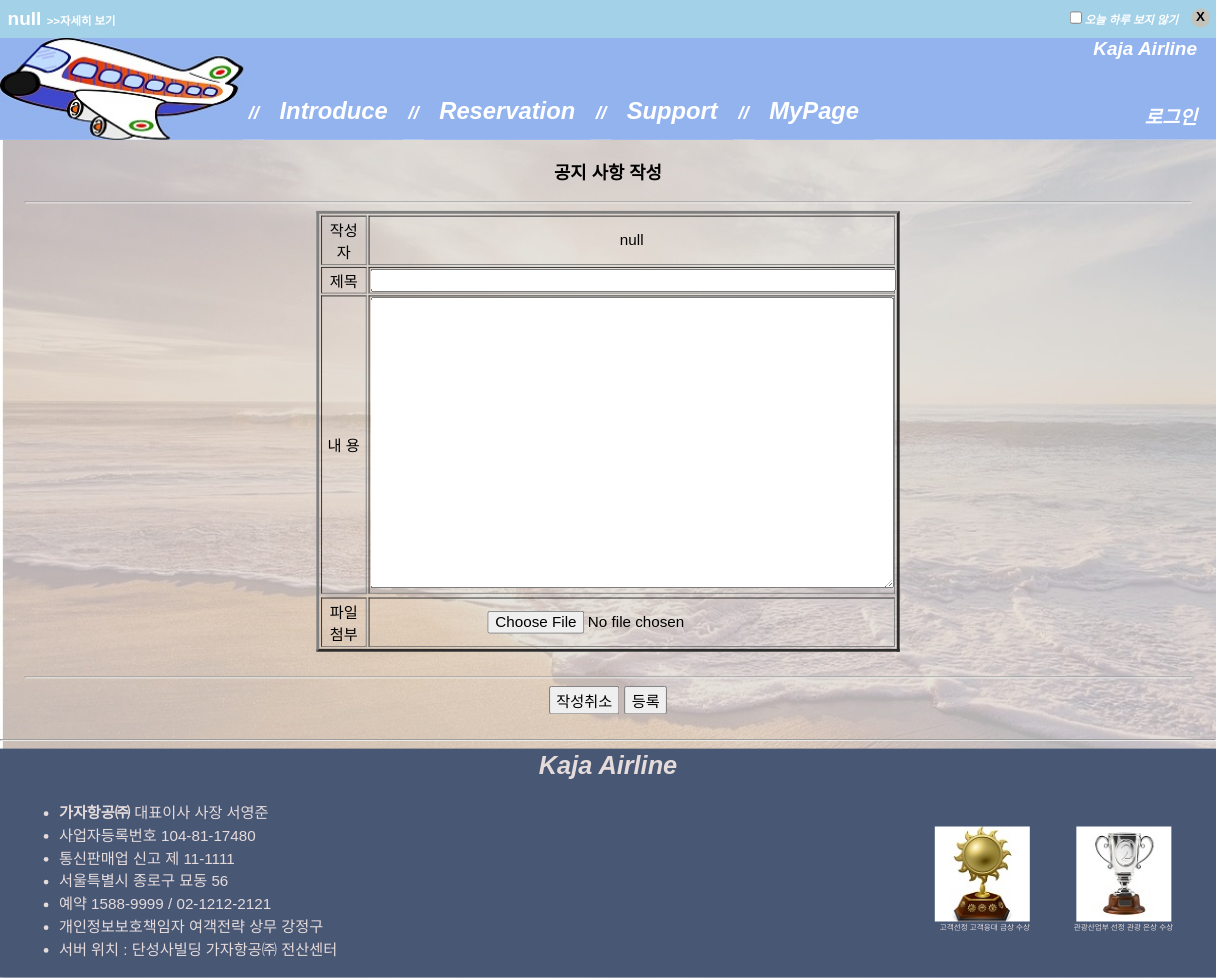
Repository: geekhaam/kaja_airline
Page: http://localhost/KajaAirline/NoticeWrite.jsp
These files come from the project's save history. The page is drawn as it stood at one moment and after the next save; the edit follows.
The browser window is 1280 px wide. The pictures show the whole page, at 95% of full size.
The page is served by Tomcat 9. Other server files are loaded and not shown. Queries for data that is not in the repository find no rows.

Above is the page before, as saved 2020-07-17 11:19:06.

### workspace/KajaAirline/WebContent/NoticeWrite.jsp
<%@ page language="java" contentType="text/html; charset=EUC-KR"
    pageEncoding="EUC-KR"%>
<!-- <!DOCTYPE html PUBLIC"-//W3C//DTD HTML 4.01 Transitional//EN" "http://www.w3.org/TR/html4/loose.dtd"> -->
<!DOCTYPE html>
 <html>
<head>
<meta http-equiv="Content-Type" content="text/html; charset=EUC-KR">
<title>파일 업로드 폼</title>
<script type="text/javascript">
	window.onload=function(){
		showSlides();
	}
</script>
<style type="text/css">
.noticeWriteTable{
	margin-left: auto;
	margin-right: auto;
	width: 50%;
	text-align: center;

}
body{
	background-image: url("./imgs/bg.jpg");
}

</style>
</head>
<body>
<%request.setCharacterEncoding("EUC-KR");
response.setCharacterEncoding("euc-kr");%>
<header>
  <jsp:include page="header.jsp"></jsp:include>
  </header>
  <section id="sectionId" style="text-align: center;">
<h3>공지 사항 작성</h3><hr>


    <form action="NoticeWrite.do" method="post">
<table class="noticeWriteTable" border="3">
	<tr>
	<td>작성자</td>
    <td><%=session.getAttribute("id") %></td>
	</tr>
	<tr>
	<td>제목</td>
	<td><input type="text" name="subject" size="70" maxlength="100" style="width: 99%;" value="" /></td>
	</tr>
	 <tr>
     <td> 내 용</td>
     <td><textarea name="content" cols="72" rows="20"style="width: 99%;"></textarea></td>
     </tr>
     <tr>
	 <tr>
	 <td>파일첨부</td>
	 <td>
         <!-- 파일 업로드는 input type="file"로 지정한다.-->
        <input type="file" name="fileName1" /><br/>
	</td>
</table>

     	        <br><hr>
        <input type="reset" value="작성취소" onclick="location.href='AdminNotice.jsp'">
        <input type="submit" value="등록" >
</form>

</section>
<footer>
<jsp:include page="footer.jsp"></jsp:include>
</footer>
</body>
</html>

### workspace/KajaAirline/WebContent/header.jsp
<%@page import="java.io.Console"%>
<%@ page language="java" contentType="text/html; charset=EUC-KR"
    pageEncoding="EUC-KR"%>
<!DOCTYPE html>
<html>
<head>
<meta charset="EUC-KR">
<title>Insert title here</title>
<style type="text/css">
html, body {
	padding: 0px;
	border: 0px;
	margin: 0px;
}

@import url(http://fonts.googleapis.com/earlyaccess/notosanskr.css);

	body {
		font-family: 'Noto Sans KR', sans-serif;
	}

	input {
		font-family: 'Noto Sans KR', sans-serif;
		font-size: initial;
	}

header {
	width : 100%;
	padding: 0px;
	top : 0;
	position: fixed;
	background-color : white;
	height: auto;
	z-index: 90;
}

section{
	min-height:450px;
	margin: 2%;
    margin-top: 13%;
}


footer {
	position : relative;
	width: 100%;
	height: 20%;
	z-index: 90;
}
.menuBar {
	border: 0;
	padding: 0;
	margin: 0;
	height: 10%;
	width: 100%;
	background-color: #93b3ef;
	color: white;
	align-self: center;
	font-size: 20px;
	font-weight: bold;
	font-style: italic;
	position: relative;
	display: inline-block;
}

/* Slideshow container */
.slideshow-container {
 	width: 77%;
    height: auto;
    position: relative;

    z-index: 50;
}

.imgSlides {display: none; position: relative; left: 0;}
img {vertical-align: middle;}


/* 헤더 공지사항 관련 */
.notice-container {
	width: 100%;
	height: 30px;
	background-color: #a3d1e7;
	color: white;
	font-weight: bold;
	font-size: 20px;
	padding: 5px;
	/* cookie */
	display: block;
}

.noticeSlides {
	display: none;
	position: relative;
}

.cook {
	position: absolute;
	right: 40px;
	text-align: right;
	font-size: 12px;
	font-style: italic;
	top: 6%;
}

.cookDot {
	right: 0.5%;
	top: 6%;
	position: absolute;
	height: 20px;
	width: 20px;
	border-radius: 50%;
	background-color: #c4c3bb;
	color: black;
	font-size: 14px;
	text-align: center;
	display: inline-block;
	z-index: 100;
}

/* header menu & drop */
.dropbtn {
	background-color: #93b3ef;
	color: white;
	padding: 16px;
	font-size: 25px;
	border: none;
	display: inline-block;
}

.dropdown-content {
	display: none;
	position: absolute;
	background-color: #f1f1f1;
	min-width: 160px;
	box-shadow: 0px 8px 16px 0px rgba(0, 0, 0, 0.2);
	z-index: 99;
	text-align: left;
	font-size: 14pt;
}

.dropdown-content a {
	color: #6e6b58;
	padding: 12px 16px;
	text-decoration: none;
	display: block;
	left: inherit;
}
/* css 가상가상클래스 hover Element위에 마우스가 올라올때를 말함 */
.dropdown-content a:hover {
	background-color: #ddd;
}

.dropdown {
	font-size: 15pt;
	vertical-align: bottom;
	display: inline-block;
}
.dropbtn:hover  .dropbtn{
	background-color: #232326;
}
.dropbtn:hover  .dropdown-content {
	display: block;
}
.dropbtnAdmin:hover  .dropdown-content {
	display: block;
}

.login {
	position: absolute;
	margin: auto auto;
	width: 33%;
	height: 480px;
	left: 30%;
	top: 90%;
	font-size: 25pt;
	font-weight: bold;
	text-align: center;
	background-color: #dfe4e8;
	z-index: 100;
	display: none;
}

.loginInput {
	width: 40%;
	height: 100%;
	text-align: left;
	padding: 3px;
	border: 1px solid;
	font-size: 20pt;
	margin-top: 15px;
	margin-bottom: 15px;
}

.loginButton {
	width: 23%;
	height: 10%;
	text-align: center;
	padding: 3px;
	border: 0.5pxs;
	font-size: 20pt;
	margin-bottom: 1%;
}
/* Caption text */
.text {
  /* color: #000000; */
  font-size: 15px;
  padding: 8px 12px;
  position: absolute;
  bottom: 80px;
  width: 100%;
  text-align: center;
}
/* Fading animation */
.fade {
  -webkit-animation-name: fade;
  -webkit-animation-duration: 1.8s;
  animation-name: fade;
  animation-duration: 1.8s;
}

@-webkit-keyframes fade {
  from {opacity: .1}
  to {opacity: 1}
}
@keyframes fade {
  from {opacity: .1}
  to {opacity: 1}
}
/* 유진씨 버튼 */
.button {
	font-size: 12pt;
	padding : 3px;
	width: 10%;
}
.buttonUpdate {
	font-size: 13pt;
	padding : 8px;
	width: 10%;
}

/* On smaller screens, decrease text size */
@media only screen and (max-width: 300px) {
  .text {font-size: 11px}
}
</style>

</head>
<body>
	<%@ page import="com.kaja_air.index.DAO.KajaDAO" %>
	<%request.setCharacterEncoding("EUC-KR");
	response.setCharacterEncoding("EUC-KR");
	KajaDAO da=new KajaDAO();
	String[] result=new String[3];
	result=da.getNoticeHeader();

	%>
	<!-- 공지사항부분  쿠키 사용하여 하루창안보기등...셋팅해야됨. 체크박스도-->
	<div class="notice-container">
		<table style="width: 100%">
			<tr>
				<td style="width: 70%;">
					<div class="noticeSlides fade">
						<%=result[0] %> <a href="AdminNotice.jsp"
							style="font-size: 12px; text-decoration: none; color: white;">>>자세히
							보기</a>
					</div>
					<div class="noticeSlides fade">
						<%=result[1] %> <a href="AdminNotice.jsp"
							style="font-size: 12px; text-decoration: none; color: white;">>>자세히
							보기</a>
					</div>
					<div class="noticeSlides fade">
						<%=result[2] %> <a href="AdminNotice.jsp"
							style="font-size: 12px; text-decoration: none; color: white;">>>자세히
							보기</a>
					</div>
				</td>
				<td style="width: 30%;"><span class="cook"> <input
						type="checkbox" name="cook">오늘 하루 보지 않기
				</span> <a href="javascript:void(0)" onclick="setCookie()"><span
						class="cookDot">X</span></a></td>
		</table>
	</div>

	<div class="login">
		<!-- login 창 부분 -->
		<div style="text-align: right; width: 100%; height: 5%;">
			<a style="text-decoration: none; font-size: 15pt; color: black;"
				href="javascript:void(0)" onclick="popupLogin2()">x&nbsp;</a>
		</div>
		<hr>
		<table style="width: 100%;">
			<tr>
				<td style="font-size: 35pt;">로그인
					<hr>
				</td>
			</tr>
			<tr>
				<td><input type="text" class="loginInput" id="clientId"
					value="아이디 입력" onfocus="this.select()"></td>
			</tr>
			<tr>
				<td><input type="text" class="loginInput" id="clientPw"
					value="비밀번호 입력" onfocus="changePw(this.id)"></td>
			</tr>
		</table>
		<!-- <div
			style="left: 30%; position: relative; text-align: left; width: 40%; font-weight: lighter;">
			<input type="checkbox" name="confirmPw"><span
				style="font-size: 10pt;">비밀번호 확인하기</span> -->
			<hr>
		<!-- </div> -->

		<input type="button" class="loginButton" value="로 그 인"
			onclick="login()"> <input type="button" class="loginButton"
			value="회원가입" onclick="location.replace('Signup.jsp')">
		<hr>
	</div>

	<!--로고와 사이트명 메뉴 바/로그인 아웃 -->
	<div class="menuBar">
		<a href="index.jsp"> <img src="./imgs/mainIcon4.jpg"
			style="width: 20%;"></a>
		<!-- 드랍메뉴들의 주 메뉴들 -->

		<div class="dropdown">
			//
			<div class="dropbtn">
				Introduce
				<div class="dropdown-content">
					<a href="introduce.jsp">회사 이력</a> <a href="location.jsp">찾아 오시는 길</a>
				</div>
			</div>
			//
			<div class="dropbtn">
				Reservation
				<div class="dropdown-content">
					<a href="reservation_main.rsv">예매 하기</a>
				</div>
			</div>
			//
			<div class="dropbtn">
				Support
				<div class="dropdown-content">
					<a href="AdminNotice.jsp">공지 사항</a>
					<a href="javascript:void(0)" onclick="mypage(3)">1:1 문의 하기</a>
					<a href="AllFAQ.jsp">FAQ</a>
				</div>
			</div>
			//
			<div class="dropbtn">
				MyPage
				<div class="dropdown-content">
					<a href="javascript:void(0)" onclick="mypage(1)">정보 수정</a>
					<a href="javascript:void(0)" onclick="mypage(2)">나의 예매/취소 내역</a>
				</div>
			</div>
			<div style="display: none;" id="admin">
			//
				<div class="dropbtn">
				Admin
				<div class="dropdown-content">
					<a href="getAllSchedule.jsp">스케쥴 관리</a> <a href="AdminNotice.jsp">공지사항 작성</a>
					<a href="#">1:1문의 답변</a>
				</div>
			</div>
			//
			</div>
		</div>

		<a href="index.jsp"
			style="text-decoration: none; position: absolute; right: 20px; color: white;">
			<span style="color: white;">Kaja Airline</span><br>
		</a>
		<a href="javascript:void(0)" onclick="popupLogin()" id="login"
			style="position: absolute; right: 20px; bottom: 10px; text-decoration: none; color: white;">
		로그인</a>
		<span id="logout" style="position: absolute; right: 20px; bottom: 10px;display: none;">
		<span style="font-style: italic;font-size: 12px;color: 586693;">
			<%=session.getAttribute("id") %>님 환영합니다.:D<br>
		</span>
		 <a href="javascript:void(0)" onclick="logout()"
			style="text-decoration: none; color: white; ">
		로그아웃</a>
		</span>
	</div>
	<script src="./js/jquery-3.1.1.js"></script>
	<script type="text/javascript">
	var slideIndex = 0;
	var noticeIndex =0;



	function showSlides() {
		/* css로 선언된 클래스 명에 대한 element를 가져와서 컨트롤 해줌.
		img 슬라이드쇼 부분 헤더의 공지사항 슬라이드부분까지도 함꼐 구현*/
		var i;
		var slides = document.getElementsByClassName("imgSlides");
		var dots = document.getElementsByClassName("dot");
		if(slides.length!=0){
			for (i = 0; i < slides.length; i++) {
				slides[i].style.display = "none";
			}
			slideIndex++;
			if (slideIndex > slides.length) {
				slideIndex = 1
			}
			if(dots.length!=0){
				for (i = 0; i < dots.length; i++) {
					dots[i].className = dots[i].className.replace(" active", "");
				}
				dots[slideIndex - 1].className += " active";

			}
			slides[slideIndex - 1].style.display = "block";

		}
		/* notice */
		var notices = document.getElementsByClassName("noticeSlides");
		for (i = 0; i < notices.length; i++) {
			notices[i].style.display = "none";
		}
		noticeIndex++;
		if (noticeIndex > notices.length) {
			noticeIndex = 1
		}
		notices[noticeIndex - 1].style.display = "block";
		setTimeout(showSlides, 3000); // 3초마다 다시 호출해서 계속 바뀌는 구성
		checkCookie();
	}


	function checkCookie(){
		/* 쿠키가 있는지 확인후  section 높이조절 및 공지안보이게 */
		var sectionId=document.getElementById("sectionId");
		var dis=document.getElementsByClassName("notice-container");
		/* var hMenu=document.getElementsByClassName("menu"); */
		if(document.cookie=="kajaAirline=done"){
			var sectionId=document.getElementById("sectionId");
			sectionId.style.marginTop="11%";
			dis[0].style.display="none";
			/* hMenu[0].style.top="19.1%"; */
		}else{
			sectionId.style.marginTop="13%";
		}
		/*onload가 하나만 돌아가므로 여기서 로그인 로그아웃 보이는 부분까지 처리  */
		if("<%=(String)session.getAttribute("id")%>"!="null"){
			/* 로그인이 되있는 상태면 */


			var login=document.getElementById("login");
			var logout=document.getElementById("logout");

			login.style.display="none";
			logout.style.display="block";

			if("<%=(String)session.getAttribute("id")%>"=="admin"){
				var adminMenu=document.getElementById("admin");

				if(adminMenu.style.display=="none")
					adminMenu.style.display="inline-block";
			}
		}
		/* 이 헤더 onload후 돌아갈 include 해준 jsp의 onload function call */


	}


	function setCookie() {
		/*공지사항 부분 x표시를 누를때 콜되는 함수 체크 박스체크 여부까지 확인후 쿠키셋팅  */
		var chk=document.getElementsByName("cook");
		var hMenu=document.getElementsByClassName("menu");
		if(chk[0].checked){
			var todayDate = new Date();
		    todayDate.setDate(todayDate.getDate() + 1);
		    document.cookie = "kajaAirline=done; path=/; expires=" + todayDate.toGMTString() + ";"
		}
	    var dis=document.getElementsByClassName("notice-container");
	    var sectionId=document.getElementById("sectionId");
	    dis[0].style.display="none";
	    sectionId.style.marginTop="11%";
	    hMenu[0].style.top="19.1%";

	}
	/* 로그인 체크 함수/회원가입 가는 함수*/

	function popupLogin2(){
		//하나로 통합되었다가..오류로 인해서 나눠짐. 로그인 박스 안의 x 표 클릭시 실행
		var popup = document.getElementsByClassName("login");
		var header = document.getElementsByTagName("header");
		var nav = document.getElementsByTagName("nav");
		var section = document.getElementsByTagName("section");
		var footer = document.getElementsByTagName("footer");
		popup[0].style.display = "none";
		nav[0].style.opacity = "1";
		section[0].style.opacity = "1";
		footer[0].style.opacity = "1";
	}

	function popupLogin(){
	/* 로그인 버튼시 팝업모양으로 로그인창이 보여짐. */
	/* 로그인 후의 다시 열릴때도 불려지므로 조건문으로 경우들 처리*/


			//로그인이 안되어서 id가 없다 페이지 열릴때마다 체크하니....
			var popup = document.getElementsByClassName("login");
			var header = document.getElementsByTagName("header");
			var nav = document.getElementsByTagName("nav");
			var section = document.getElementsByTagName("section");
			var footer = document.getElementsByTagName("footer");

			if (popup[0].style.display == "none" || "<%=(String)session.getAttribute("result")%>"=="id"
					|| "<%=(String)session.getAttribute("result")%>"=="pw" || popup[0].style.display == "") {
				popup[0].style.display = "block";
				/* nav[0].style.opacity = "0.3"; */
				section[0].style.opacity = "0.3";
				footer[0].style.opacity = "0.3";
				popup[0].style.opacity = "1";
			} else{
				popup[0].style.display = "none";
				/* nav[0].style.opacity = "1";  */
				section[0].style.opacity = "1";
				footer[0].style.opacity = "1";
			}

	}

	function login() {
		/* 회원체크 */
		$.ajax({
			types: "post",
			url : "checkLogin.indexdo",
			data : {
				id : $("#clientId").val(),
				pw : $("#clientPw").val()
			},
			dataType : "text",
			success : function(re) {
				alert(re);
				if(location.href=="http://localhost:8081/KajaAirline/Signup.jsp")
					location.href="index.jsp";
				else
					location.reload();
			},
			error: function(re){
				alert("에러발생!")
			}
		});
	}

	function logout(){
		/* 세션을 여기서 자바코드로 지우면 실행 순서로 인해서 바로 삭제되서 로그아웃 함수를 만듬 */
		$.ajax({
			types: "post",
			url : "checkLogin.indexdo",
			dataType : "text",
			success : function(re) {
				location.replace("index.jsp");
			},
			error: function(re){
				alert("에러발생!")
			}
		});
	}

	function changePw(x){
		document.getElementById(x).type="password";
		document.getElementById(x).value="";
	}

	function mypage(num){
		if("<%=session.getAttribute("id")%>"!="null"){
			if(num==1)
				location.href="selectClients.mypage";
			else if(num==2)
				location.href="reservation.mypage";
			else if(num==3)
				location.href="write_Inquire.jsp";

		}else{
			alert("로그인을 먼저 해주세요~!");
		}

	}
	</script>
</body>
</html>

### workspace/KajaAirline/WebContent/footer.jsp
<%@ page language="java" contentType="text/html; charset=EUC-KR"
    pageEncoding="EUC-KR"%>
<!DOCTYPE html>
<html>
<head>
<meta charset="EUC-KR">
<title>Insert title here</title>
<style type="text/css">
	.table_imsi{
		width: 100%;
		margin-left: auto;
		margin-right: auto;
		background-color: #475774;
		color: #e6dbdb;
	}
</style>
</head>
<body>
	<%request.setCharacterEncoding("EUC-KR");
	response.setCharacterEncoding("EUC-KR");%>
	<hr>

	<table class="table_imsi">
	<tr><td colspan="3" align="center"><strong style="font-style: italic;font-size: 20pt;">Kaja Airline</strong></td></tr>
	<tr><td align="left" width="70%" style="padding-left: 20px;">
	<ul>
		<li><strong>가자항공㈜</strong> 대표이사 사장 서영준</li>
		<li>사업자등록번호 104-81-17480</li>
		<li>통신판매업 신고 제 11-1111</li>
		<li>서울특별시 종로구 묘동 56</li>
		<li>예약 1588-9999 / 02-1212-2121</li>
		<li>개인정보보호책임자 여객전략 상무 강정구</li>
		<li>서버 위치 : 단성사빌딩 가자항공㈜ 전산센터</li>
	</ul>
	</td>
	<td width="15%" align="right" style="font-size: 6pt;"><img src="./imgs/award1.jpg"><br>고객선정 고객응대 금상 수상</td>
	<td width="15%" align="center" style="font-size: 6pt;"><img src="./imgs/award2.jpg"><br>관광산업부 선정 관광 은상 수상</td>
	</tr>
	</table>
</body>
</html>

### workspace/KajaAirline/src/com/kaja_air/index/DAO/KajaDAO.java
package com.kaja_air.index.DAO;

import java.sql.Connection;
import java.sql.PreparedStatement;
import java.sql.ResultSet;
import java.sql.SQLException;

import kajaDBConn.KajaDBConn;


public class KajaDAO {
	private Connection con;
	PreparedStatement pstmt=null;
	ResultSet rs=null;

	public KajaDAO()
			throws ClassNotFoundException, SQLException {
		//생성자 : 접속객체참조변수 con을 TelInfoDBConn의 객체를 생성하면서
		//생성자를 콜하여 접속을 하고 return되는 객체con을 찹조하도록 한다.
		con=new KajaDBConn().getConnection();
	}

	//method들
	public String checkLogin(String id,String pw) throws SQLException {
		String result="";
		String sql="select cid,cpw from clients where cid=?";
		pstmt=con.prepareStatement(sql);
		pstmt.setString(1, id);
		rs=pstmt.executeQuery();


		if(rs.next()) {
			if(rs.getString("cpw").equals(pw)) {
				result="member";
			}
			else
				result="pw";
		}
		else
			result="id";
		return result;
	}//checkLogin-end
	public String[] getNoticeHeader() throws SQLException {
		String[] head=new String[3];
		String sql="select ntitle from notice order by ndate desc";
		pstmt=con.prepareStatement(sql);
		rs=pstmt.executeQuery();
		int count=0;
		while(rs.next()) {
			head[count]=rs.getString("ntitle");
			if(count>2)
				break;
			count++;
		}
		return head;
	}
}

### workspace/KajaAirline/src/kajaDBConn/KajaDBConn.java
package kajaDBConn;

import java.sql.Connection;
import java.sql.DriverManager;
import java.sql.SQLException;

public class KajaDBConn {
private Connection con;

	public Connection getConnection() {//사용시 객체.메소드()
		return con;
	}
	//접속 객체가 필요하다면 요 메소드를 호출하면 된다.
	public KajaDBConn()
			throws ClassNotFoundException, SQLException {
		//생성자....
		Class.forName("oracle.jdbc.driver.OracleDriver");
		con=DriverManager.getConnection("jdbc:oracle:thin:@127.0.0.1:"
				+ "1521:xe","hr","hr");
	} // 누군가 객체를 만들면 제일 먼저 가동되는 것이 생성자이다. 즉 이 class의 객체를 생성하면
	//이 생성자에 적힌 드라이버로드와 아이피 포트번호를 입력해 접속객체를 만든다.
}

Loaded but not shown: workspace/KajaAirline/WebContent/js/jquery-3.1.1.js (library)

After the next save:
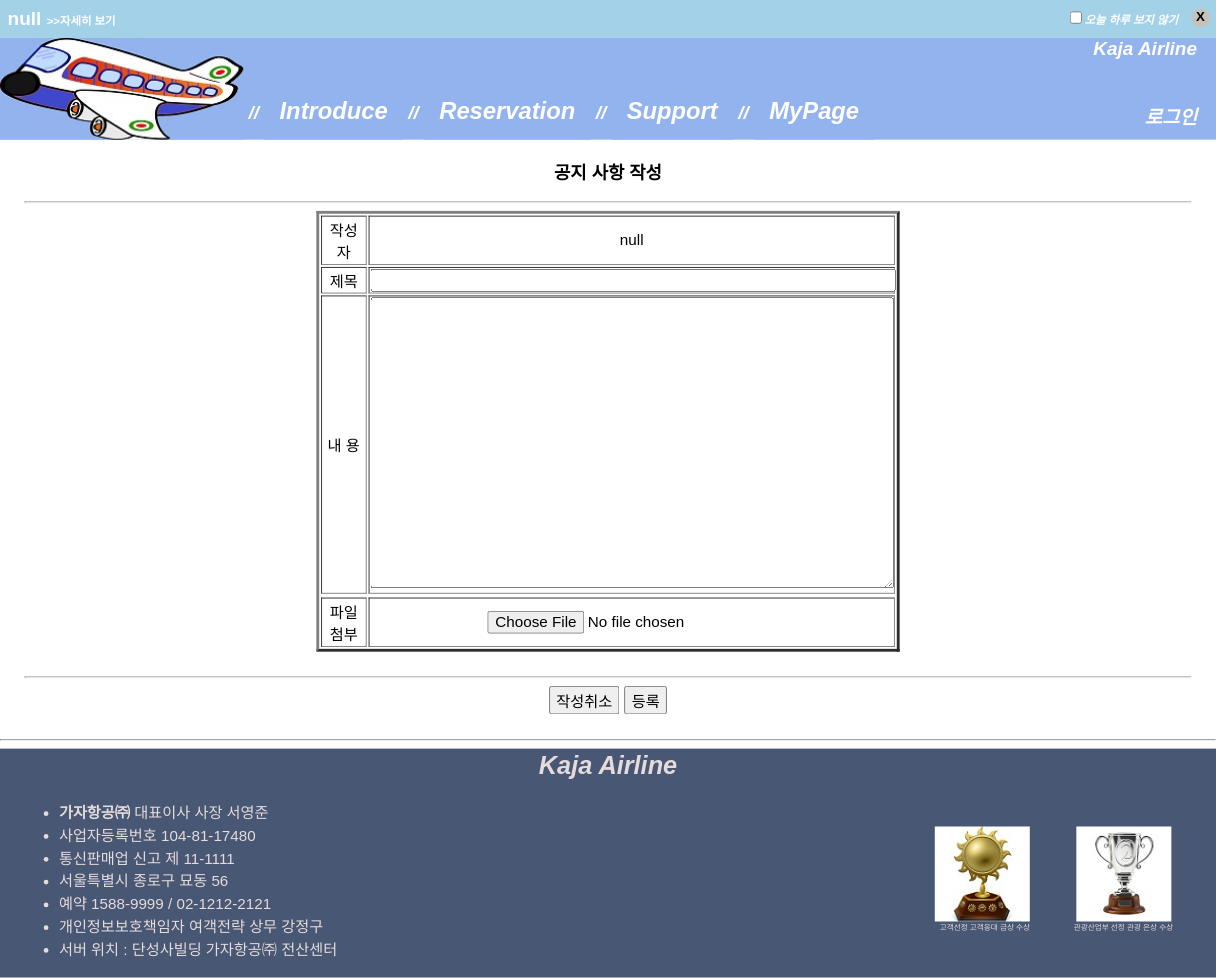
Saved 7 min 47 s later.
--- a/workspace/KajaAirline/WebContent/NoticeWrite.jsp
+++ b/workspace/KajaAirline/WebContent/NoticeWrite.jsp
@@ -19,9 +19,7 @@
 	text-align: center;
 
 }
-body{
-	background-image: url("./imgs/bg.jpg");
-}
+
 
 </style>
 </head>
@@ -35,7 +33,7 @@ response.setCharacterEncoding("euc-kr");%>
 <h3>공지 사항 작성</h3><hr>
 
 
-    <form action="NoticeWrite.do" method="post">
+    <form action="NoticeWrite.do" method="post" enctype="Multipart/form-data">
 <table class="noticeWriteTable" border="3">
 	<tr>
 	<td>작성자</td>
@@ -54,7 +52,7 @@ response.setCharacterEncoding("euc-kr");%>
 	 <td>파일첨부</td>
 	 <td>
          <!-- 파일 업로드는 input type="file"로 지정한다.-->
-        <input type="file" name="fileName1" /><br/>
+        <input type="file" name="fileName1"  /><br/>
 	</td>
 </table>
 
